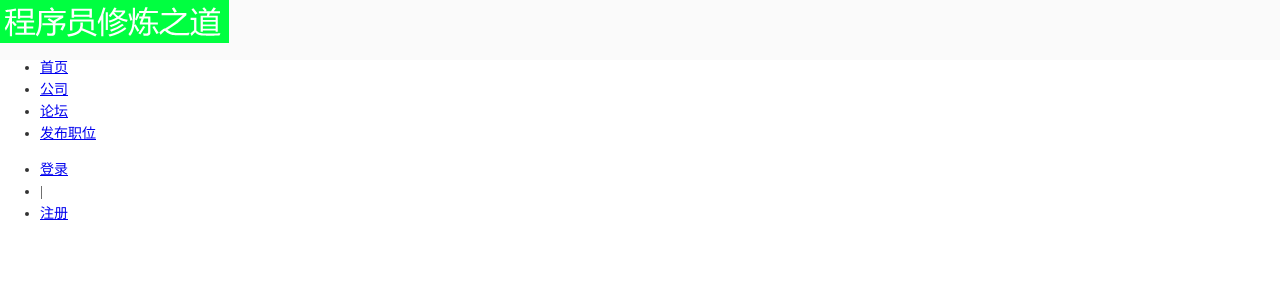
Repository: honglei92/javaweb_EE
Page: http://localhost/apple/
The author's editor kept a copy of each file at every save. The page is drawn from the files as they stood at one save, then again after the next save.
The browser window is 1280 px wide. The pictures show the whole page.
The page is served by Tomcat 9.

Above is the page before, as saved 2013-09-01 10:48:50.

After the next save:
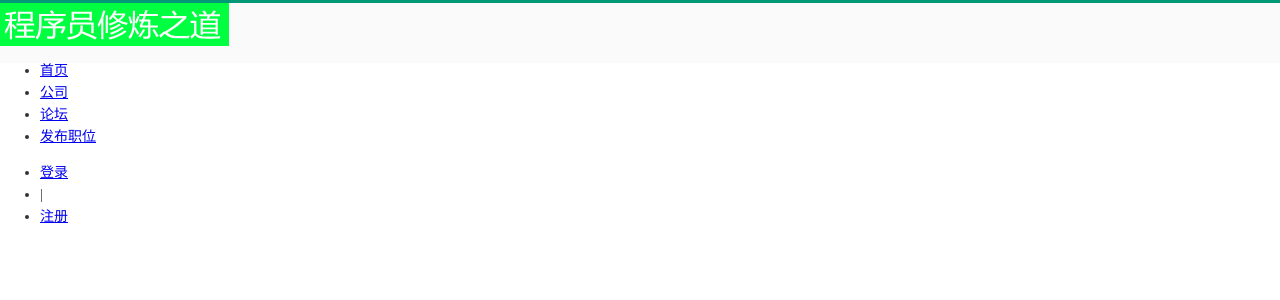
Saved 3 min 28 s later.
--- a/apple/WebContent/css/style.css
+++ b/apple/WebContent/css/style.css
@@ -13,5 +13,5 @@ body{
 #header{
 	height: 60px;
 	background:#fafafa;
-	border-top:3px,solid,#019875;
+	border-top:3px solid #019875;
 }
